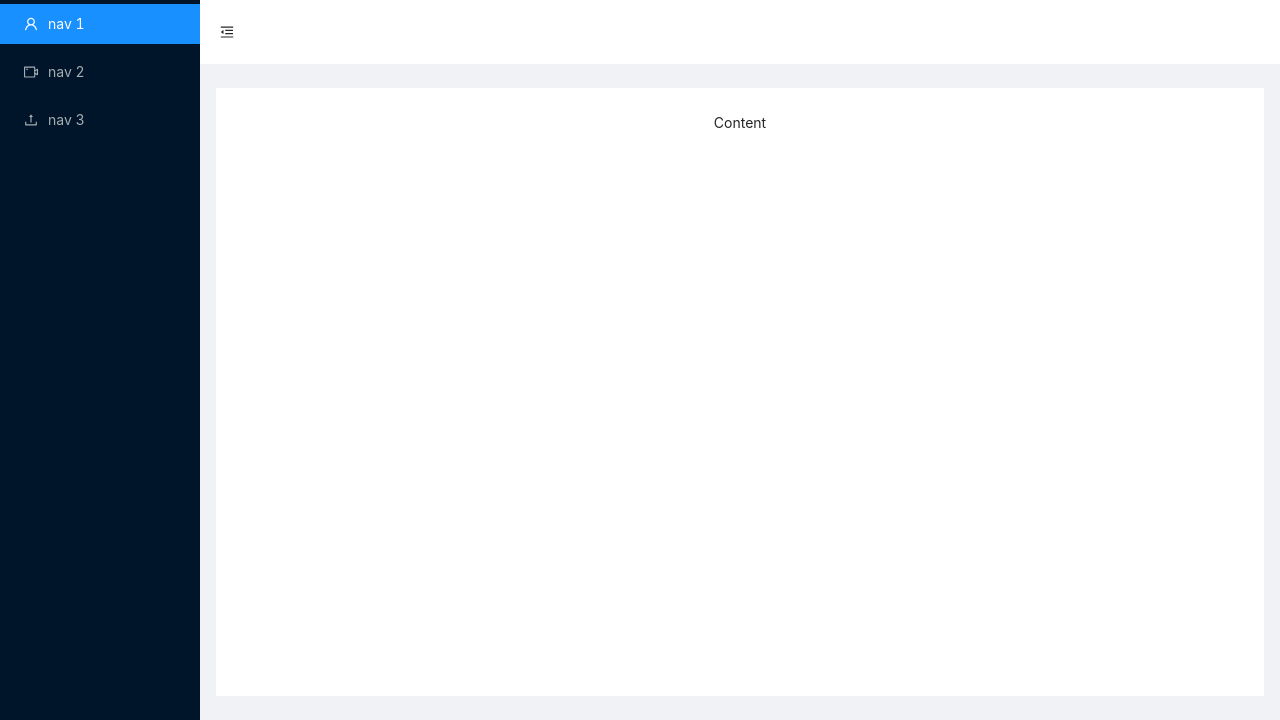
Repository: DallenCat/react-test
Page: /login
An editor plug-in stored every save of this project. The page is shown before and after the next save, followed by the edit.
The browser window is 1280 px wide. The pictures show the whole page.
The project was rebuilt for these pictures with package versions that can differ from the ones it lists, and the page was loaded fresh each time.

Above is the page before, as saved 2021-10-27 10:51:48.

After the next save:
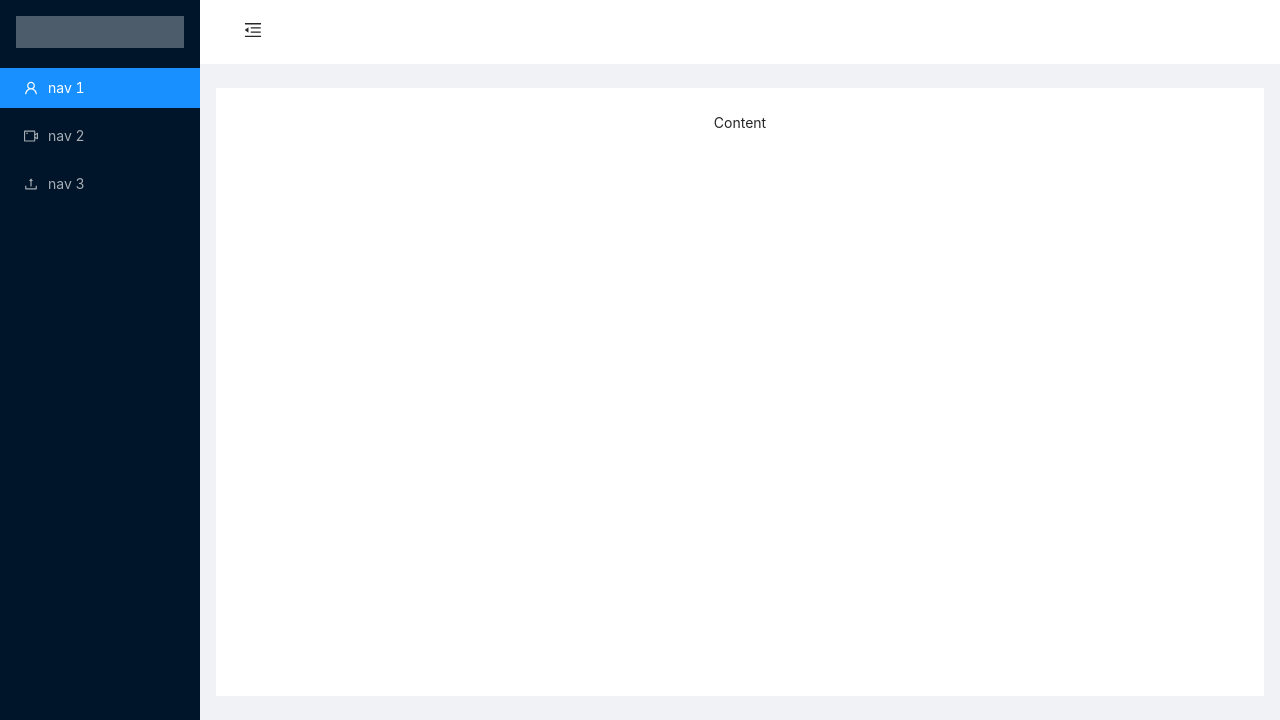
Saved 5 min 12 s later.
--- a/src/components/layout/index.js
+++ b/src/components/layout/index.js
@@ -4,7 +4,7 @@
  * @Author: dal
  * @Date: 2021-10-27 09:54:26
  * @LastEditors: dal
- * @LastEditTime: 2021-10-27 10:51:48
+ * @LastEditTime: 2021-10-27 10:57:00
  */
 import React from "react"
 import { Layout, Menu } from 'antd';
@@ -32,7 +32,7 @@ class SiderDemo extends React.Component {
 
   render() {
     return (
-      <Layout>
+      <Layout id="components-layout-demo-custom-trigger">
         <Sider trigger={null} collapsible collapsed={this.state.collapsed}>
           <div className="logo" />
           <Menu theme="dark" mode="inline" defaultSelectedKeys={['1']}>
